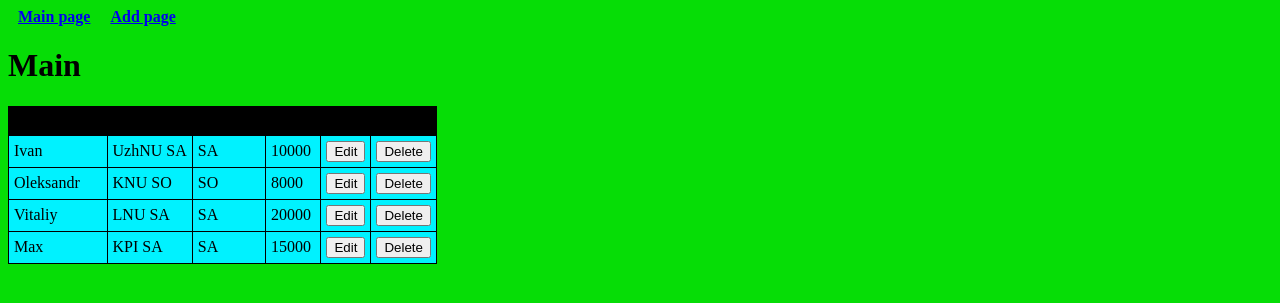
Repository: Alan-Melnychenko/vue
Page: / (app in Project/)
An editor plug-in stored every save of this project. The page is shown before and after the next save, followed by the edit.
The browser window is 1280 px wide. The pictures show the whole page.
The project was rebuilt for these pictures with package versions that can differ from the ones it lists, and the page was loaded fresh each time. Also part of the build but not shown: Project/vue.config.js, Project/src/pages/Add/index.vue, Project/src/pages/Edit/index.vue.

Above is the page before, as saved 2022-11-08 23:33:45.

After the next save:
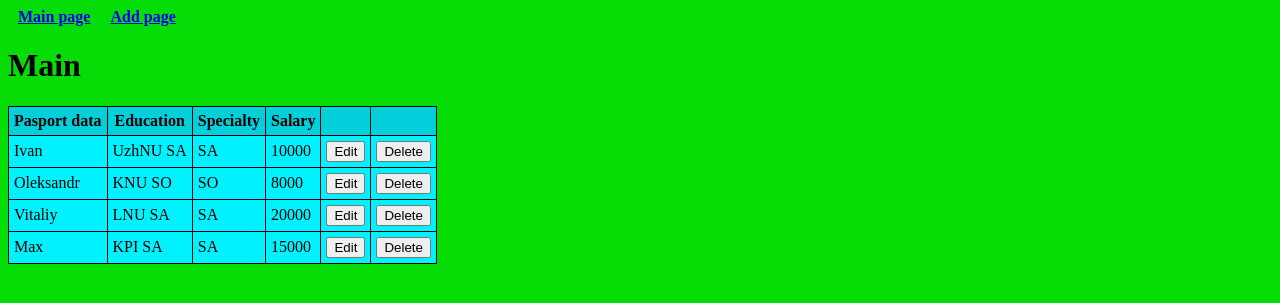
Saved 38 s later.
--- a/Project/src/App.vue
+++ b/Project/src/App.vue
@@ -32,7 +32,7 @@ table {
   padding: 2px;
 }
 th {
-  background-color:  rgb(0, 0, 0);
+  background-color: rgb(1, 207, 218);
   border: 1px solid black;
   padding: 5px;
 }
